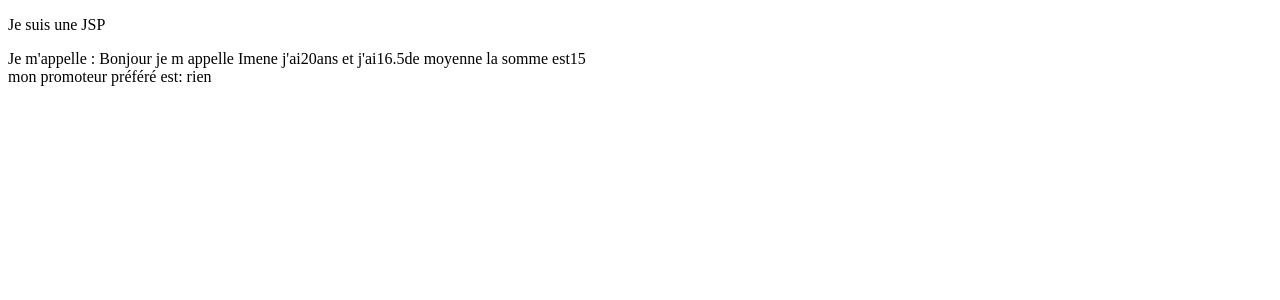
Repository: imouahrani/Gestion-des-stagiaires_JAVAEE
Page: http://localhost/premier_projet/Servletjsp
These files come from the project's save history. The page is drawn as it stood at one moment and after the next save; the edit follows.
The browser window is 1280 px wide. The pictures show the whole page.
The page is served by Tomcat 9.

Above is the page before, as saved 2018-07-28 09:21:14.

After the next save:
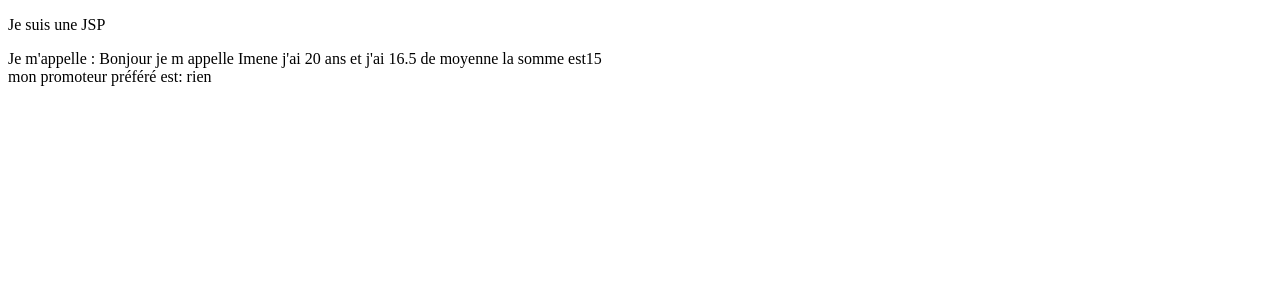
Saved 95 s later.
--- a/Formation Java Entreprise Edition/premier projet/WebContent/Majsp.jsp
+++ b/Formation Java Entreprise Edition/premier projet/WebContent/Majsp.jsp
@@ -15,7 +15,7 @@
      int age = 20;
 
     %>
-   <%= "je m appelle Imene j'ai"+age+"ans et j'ai"+moyenne+"de moyenne" %>
+   <%= "je m appelle Imene j'ai "+age+" ans et j'ai "+moyenne+" de moyenne" %>
    <%!
    		public int somme(int a, int b){
 
